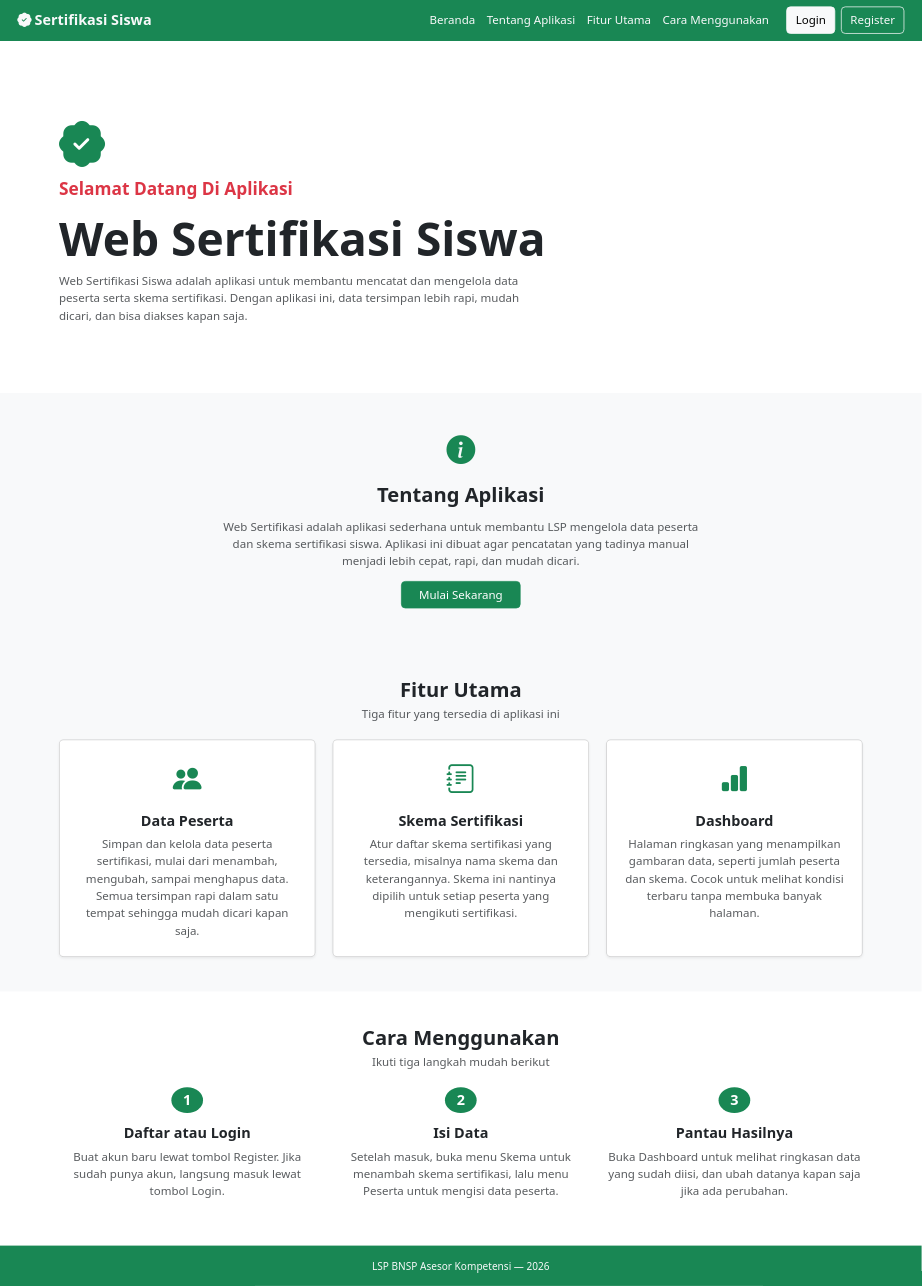
Repository: Zaki-Blip/USK_Project
Page: http://localhost/
An editor plug-in stored every save of this project. The page is shown before and after the next save, followed by the edit.
The browser window is 1280 px wide. The pictures show the whole page, at 72% of full size.
The page is served by the project's Laravel application, run on PHP 8.4 with Laravel 12. Other server files are loaded and not shown.

Above is the page before, as saved 2026-10-13 06:19:25.

### routes/web.php
<?php

use Illuminate\Support\Facades\Route;
use App\Http\Controllers\AuthController;
use App\Http\Controllers\DashboardController;
use App\Http\Controllers\PesertaController;
use App\Http\Controllers\SkemaController;

// Halaman Awal (publik)
Route::view('/', 'halamanAwal')->name('halamanAwal');
Route::resource('peserta', PesertaController::class)->parameters(['peserta' => 'peserta']);
// Area Guest (belum login)
Route::middleware('guest')->group(function () {
    Route::get('/login', [AuthController::class, 'showLogin'])->name('login');
    Route::post('/login', [AuthController::class, 'login']);

    Route::get('/register', [AuthController::class, 'showRegister'])->name('register');
    Route::post('/register', [AuthController::class, 'register']);
});

// Area Terproteksi (sudah login)
Route::middleware('auth')->group(function () {
    Route::post('/logout', [AuthController::class, 'logout'])->name('logout');
    Route::get('/dashboard', [DashboardController::class, 'index'])->name('dashboard');

    Route::middleware('role:admin')->group(function () {
        Route::resource('peserta', PesertaController::class)->parameters(['peserta' => 'peserta']);
        Route::resource('skema', SkemaController::class);
    });
});

### resources/views/halamanAwal.blade.php
<!DOCTYPE html>
<html lang="id">
<head>
    <meta charset="UTF-8">
    <meta name="viewport" content="width=device-width, initial-scale=1">
    <title>Selamat Datang - Web Sertifikasi</title>
    <link href="https://cdn.jsdelivr.net/npm/bootstrap@5.3.0/dist/css/bootstrap.min.css" rel="stylesheet">
    <link href="https://cdn.jsdelivr.net/npm/bootstrap-icons@1.11.0/font/bootstrap-icons.css" rel="stylesheet">
    <style>
        html { scroll-behavior: smooth; }
        section { scroll-margin-top: 70px; } /* supaya judul tidak tertutup oleh navbar */
    </style>
</head>
<body class="bg-white">

<nav class="navbar navbar-expand-md bg-success sticky-top">
    <div class="container-fluid px-4">
        <a href="#beranda" class="navbar-brand fw-bold text-light">
            <i class="bi bi-patch-check-fill me-1"></i>Sertifikasi Siswa
        </a>
        <button class="navbar-toggler bg-light" type="button" data-bs-toggle="collapse" data-bs-target="#menu">
            <span class="navbar-toggler-icon"></span>
        </button>
        <div class="collapse navbar-collapse" id="menu">
            <ul class="navbar-nav ms-auto me-md-3">
                <li class="nav-item"><a class="nav-link text-light" href="#beranda">Beranda</a></li>
                <li class="nav-item"><a class="nav-link text-light" href="#tentang">Tentang Aplikasi</a></li>
                <li class="nav-item"><a class="nav-link text-light" href="#fitur">Fitur Utama</a></li>
                <li class="nav-item"><a class="nav-link text-light" href="#cara">Cara Menggunakan</a></li>
            </ul>
            <div class="d-flex gap-2 mt-2 mt-md-0">
                <a href="{{ route('login') }}" class="btn btn-light">Login</a>
                <a href="{{ route('register') }}" class="btn btn-outline-light">Register</a>
            </div>
        </div>
    </div>
</nav>
@if(session('sukses'))
    <div class="alert alert-success text-center mb-0 rounded-0">{{ session('sukses') }}</div>
@endif
<section id="beranda" class="container text-start py-5">
    <div class="py-5">
        <i class="bi bi-patch-check-fill text-success" style="font-size: 4rem;"></i>
        <h4 class="text-danger fw-bold">Selamat Datang Di Aplikasi</h4>
        <h1 class="display-3 fw-bold mt-3">Web Sertifikasi Siswa</h1>
        <p class="text-muted mb-0" style="max-width: 650px;">
            Web Sertifikasi Siswa adalah aplikasi untuk membantu mencatat dan mengelola
            data peserta serta skema sertifikasi. Dengan aplikasi ini, data tersimpan
            lebih rapi, mudah dicari, dan bisa diakses kapan saja.
        </p>
    </div>
</section>
<section id="tentang" class="bg-light py-5">
    <div class="container text-center" style="max-width: 700px;">
        <i class="bi bi-info-circle-fill text-success" style="font-size: 2.5rem;"></i>
        <h3 class="fw-bold mt-3 mb-3">Tentang Aplikasi</h3>
        <p class="text-muted">
            Web Sertifikasi adalah aplikasi sederhana untuk membantu LSP mengelola data
            peserta dan skema sertifikasi siswa. Aplikasi ini dibuat agar pencatatan yang
            tadinya manual menjadi lebih cepat, rapi, dan mudah dicari.
        </p>
        <a href="{{ route('login') }}" class="btn btn-success px-4">Mulai Sekarang</a>
    </div>
</section>
<section id="fitur" class="bg-light py-5">
    <div class="container text-center">
        <h3 class="fw-bold mb-1">Fitur Utama</h3>
        <p class="text-muted mb-4">Tiga fitur yang tersedia di aplikasi ini</p>

        <div class="row g-4">
            <div class="col-md-4">
                <div class="card h-100 shadow-sm p-4">
                    <i class="bi bi-people-fill text-success" style="font-size: 2.5rem;"></i>
                    <h5 class="fw-bold mt-3">Data Peserta</h5>
                    <p class="text-muted mb-0">
                        Simpan dan kelola data peserta sertifikasi, mulai dari menambah,
                        mengubah, sampai menghapus data. Semua tersimpan rapi dalam satu tempat
                        sehingga mudah dicari kapan saja.
                    </p>
                </div>
            </div>
            <div class="col-md-4">
                <div class="card h-100 shadow-sm p-4">
                    <i class="bi bi-journal-text text-success" style="font-size: 2.5rem;"></i>
                    <h5 class="fw-bold mt-3">Skema Sertifikasi</h5>
                    <p class="text-muted mb-0">
                        Atur daftar skema sertifikasi yang tersedia, misalnya nama skema dan
                        keterangannya. Skema ini nantinya dipilih untuk setiap peserta yang
                        mengikuti sertifikasi.
                    </p>
                </div>
            </div>
            <div class="col-md-4">
                <div class="card h-100 shadow-sm p-4">
                    <i class="bi bi-bar-chart-fill text-success" style="font-size: 2.5rem;"></i>
                    <h5 class="fw-bold mt-3">Dashboard</h5>
                    <p class="text-muted mb-0">
                        Halaman ringkasan yang menampilkan gambaran data, seperti jumlah peserta
                        dan skema. Cocok untuk melihat kondisi terbaru tanpa membuka banyak halaman.
                    </p>
                </div>
            </div>
        </div>
    </div>
</section>

<section id="cara" class="container text-center py-5">
    <h3 class="fw-bold mb-1">Cara Menggunakan</h3>
    <p class="text-muted mb-4">Ikuti tiga langkah mudah berikut</p>

    <div class="row g-4">
        <div class="col-md-4">
            <span class="badge bg-success rounded-circle fs-5 px-3 py-2">1</span>
            <h5 class="fw-bold mt-3">Daftar atau Login</h5>
            <p class="text-muted">
                Buat akun baru lewat tombol Register. Jika sudah punya akun,
                langsung masuk lewat tombol Login.
            </p>
        </div>
        <div class="col-md-4">
            <span class="badge bg-success rounded-circle fs-5 px-3 py-2">2</span>
            <h5 class="fw-bold mt-3">Isi Data</h5>
            <p class="text-muted">
                Setelah masuk, buka menu Skema untuk menambah skema sertifikasi,
                lalu menu Peserta untuk mengisi data peserta.
            </p>
        </div>
        <div class="col-md-4">
            <span class="badge bg-success rounded-circle fs-5 px-3 py-2">3</span>
            <h5 class="fw-bold mt-3">Pantau Hasilnya</h5>
            <p class="text-muted">
                Buka Dashboard untuk melihat ringkasan data yang sudah diisi,
                dan ubah datanya kapan saja jika ada perubahan.
            </p>
        </div>
    </div>
</section>



<div class="bg-success text-light text-center py-3">
    <small>LSP BNSP Asesor Kompetensi — 2026</small>
</div>

<script src="https://cdn.jsdelivr.net/npm/bootstrap@5.3.0/dist/js/bootstrap.bundle.min.js"></script>
</body>
</html>

After the next save:
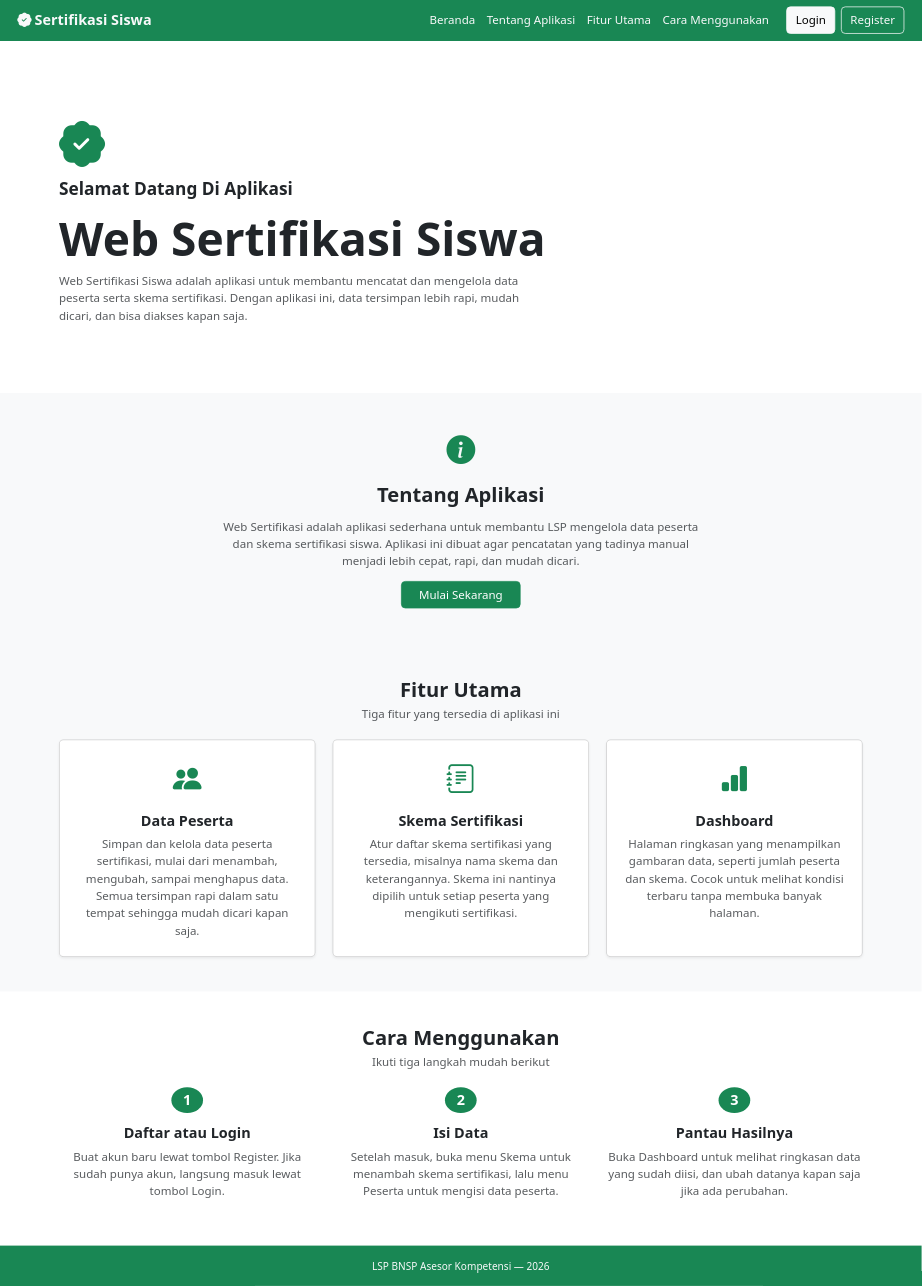
Saved 13 s later.
--- a/resources/views/halamanAwal.blade.php
+++ b/resources/views/halamanAwal.blade.php
@@ -41,7 +41,7 @@
 <section id="beranda" class="container text-start py-5">
     <div class="py-5">
         <i class="bi bi-patch-check-fill text-success" style="font-size: 4rem;"></i>
-        <h4 class="text-danger fw-bold">Selamat Datang Di Aplikasi</h4>
+        <h4 class="text-alert fw-bold">Selamat Datang Di Aplikasi</h4>
         <h1 class="display-3 fw-bold mt-3">Web Sertifikasi Siswa</h1>
         <p class="text-muted mb-0" style="max-width: 650px;">
             Web Sertifikasi Siswa adalah aplikasi untuk membantu mencatat dan mengelola
